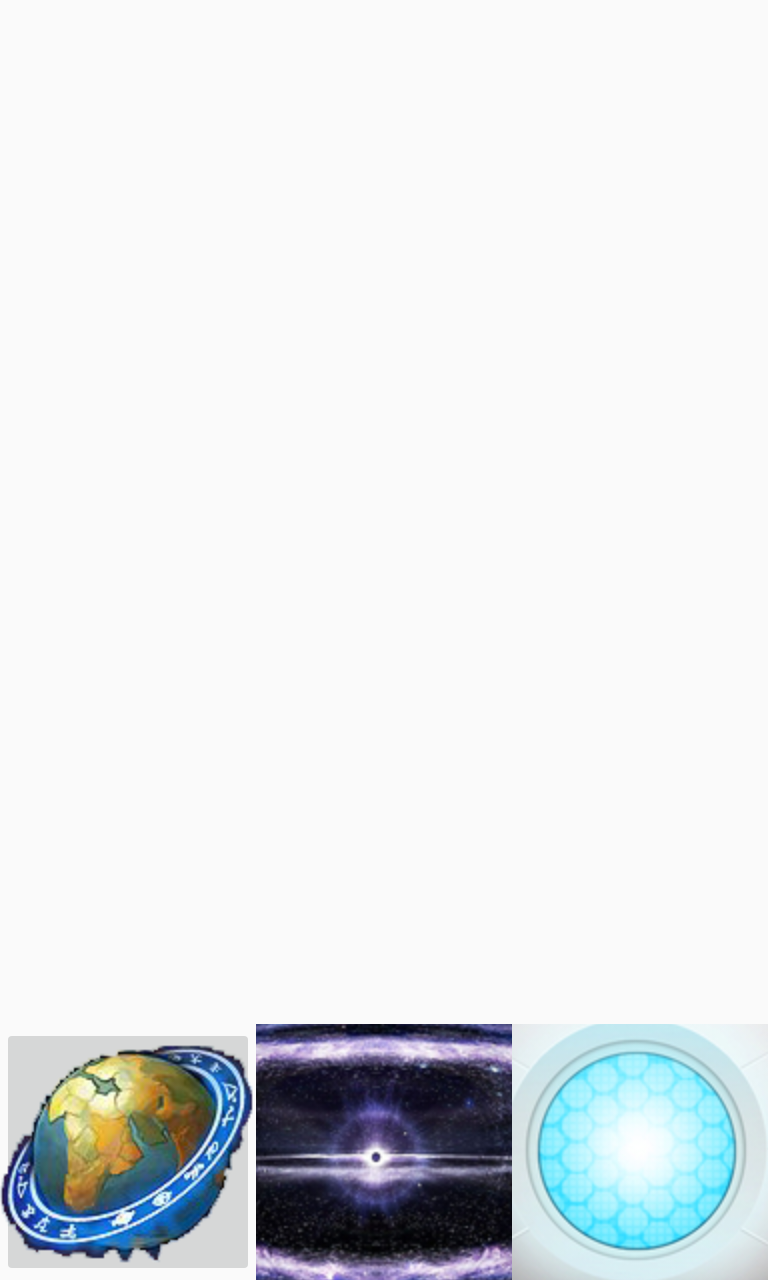
Repository: xianyun2014/StarPoint
Layout: game/res/layout/main_frame.xml
The author's editor kept a copy of each file at every save. The layout is drawn from the files as they stood at one save, then again after the next save.
It is drawn on a 768 x 1280 px phone screen (xhdpi) without system bars, with theme AppTheme; the app's code is not run.

Above is the layout before, as saved 2014-11-19 04:48:16.

### game/res/layout/main_frame.xml
<?xml version="1.0" encoding="utf-8"?>
<FrameLayout xmlns:android="http://schemas.android.com/apk/res/android"
    android:layout_width="fill_parent"
    android:layout_height="fill_parent">

	<LinearLayout
	    android:layout_width="match_parent"
	    android:layout_height="match_parent"
	    android:orientation="vertical" >

		<FrameLayout
		    android:id="@+id/context_frame"
		    android:layout_width="fill_parent"
		    android:layout_height="fill_parent"
		    android:layout_weight="2" >

		</FrameLayout>

		<LinearLayout
		    android:layout_width="fill_parent"
		    android:layout_height="fill_parent"
		    android:layout_weight="8"
		    android:orientation="horizontal" >

		    <ImageButton
		        android:id="@+id/imageButton1"
		        android:layout_width="fill_parent"
		        android:layout_height="fill_parent"
		        android:layout_weight="1"
		        android:src="@drawable/jz_zxgd" />

		    <ImageButton
		        android:id="@+id/imageButton2"
		        android:layout_width="fill_parent"
		        android:layout_height="fill_parent"
		        android:layout_weight="1"
		        android:src="@drawable/jz_wmyt" />

		    <ImageButton
		        android:id="@+id/imageButton3"
		        android:layout_width="fill_parent"
		        android:layout_height="fill_parent"
		        android:layout_weight="1"
		        android:src="@drawable/jz_xxmgc" />
		</LinearLayout>



	</LinearLayout>

</FrameLayout>

Loaded but not shown: game/res/values/styles.xml (common file); game/res/values-v11/styles.xml (common file); game/res/values-v14/styles.xml (common file)

After the next save:
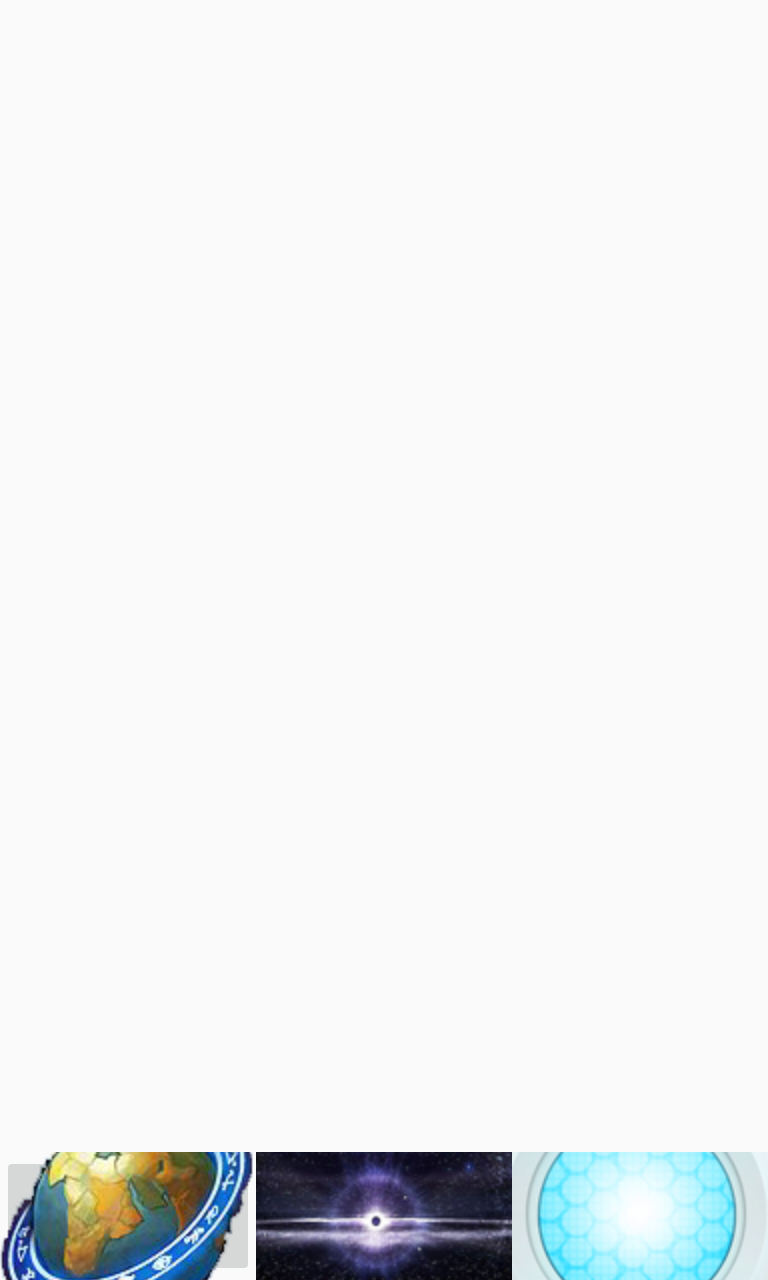
Saved 1 s later.
--- a/game/res/layout/main_frame.xml
+++ b/game/res/layout/main_frame.xml
@@ -19,7 +19,7 @@
 		<LinearLayout
 		    android:layout_width="fill_parent"
 		    android:layout_height="fill_parent"
-		    android:layout_weight="8"
+		    android:layout_weight="18"
 		    android:orientation="horizontal" >
 
 		    <ImageButton
